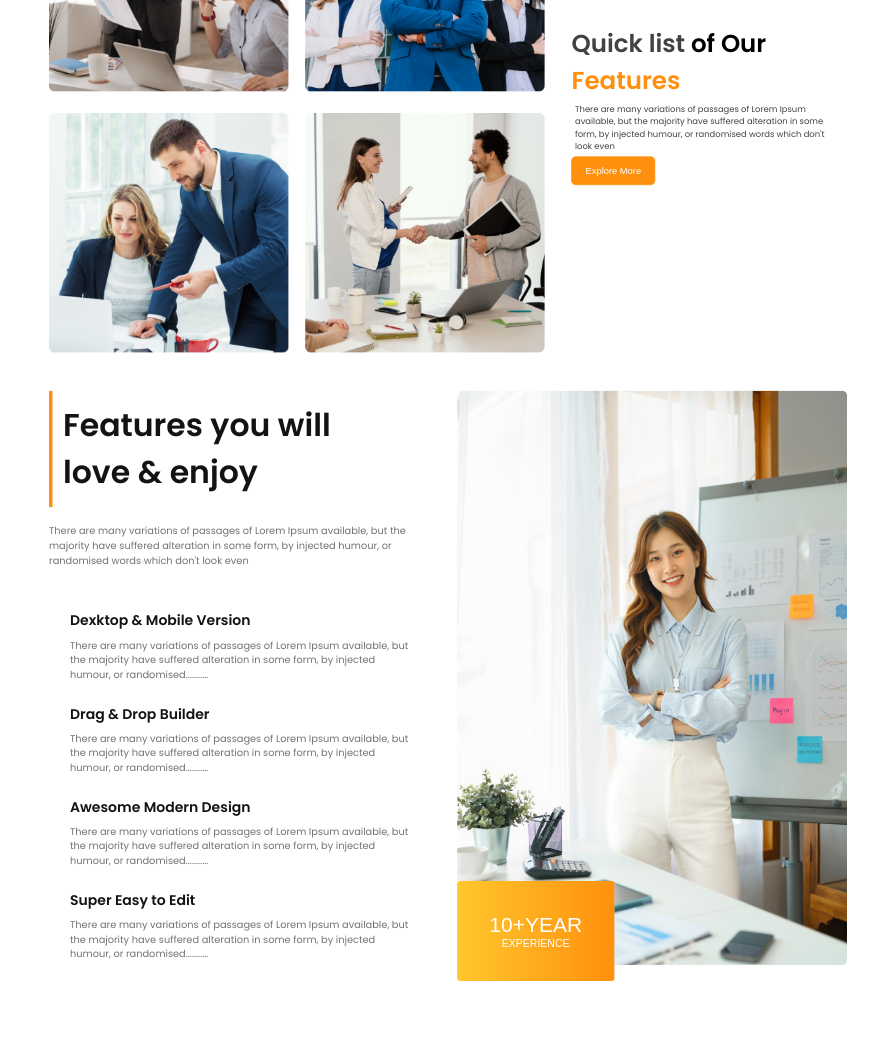
Repository: mdrubel02/G3_Architects
Page: index.html
An editor plug-in stored every save of this project. The page is shown before and after the next save, followed by the edit.
The browser window is 1280 px wide. The pictures show the part of the page from y = 1189 to 3109 px (the page is 2670 px tall before and 3109 px after), at 70% of full size.

Above is the page before, as saved 2023-01-15 10:22:27.

After the next save:
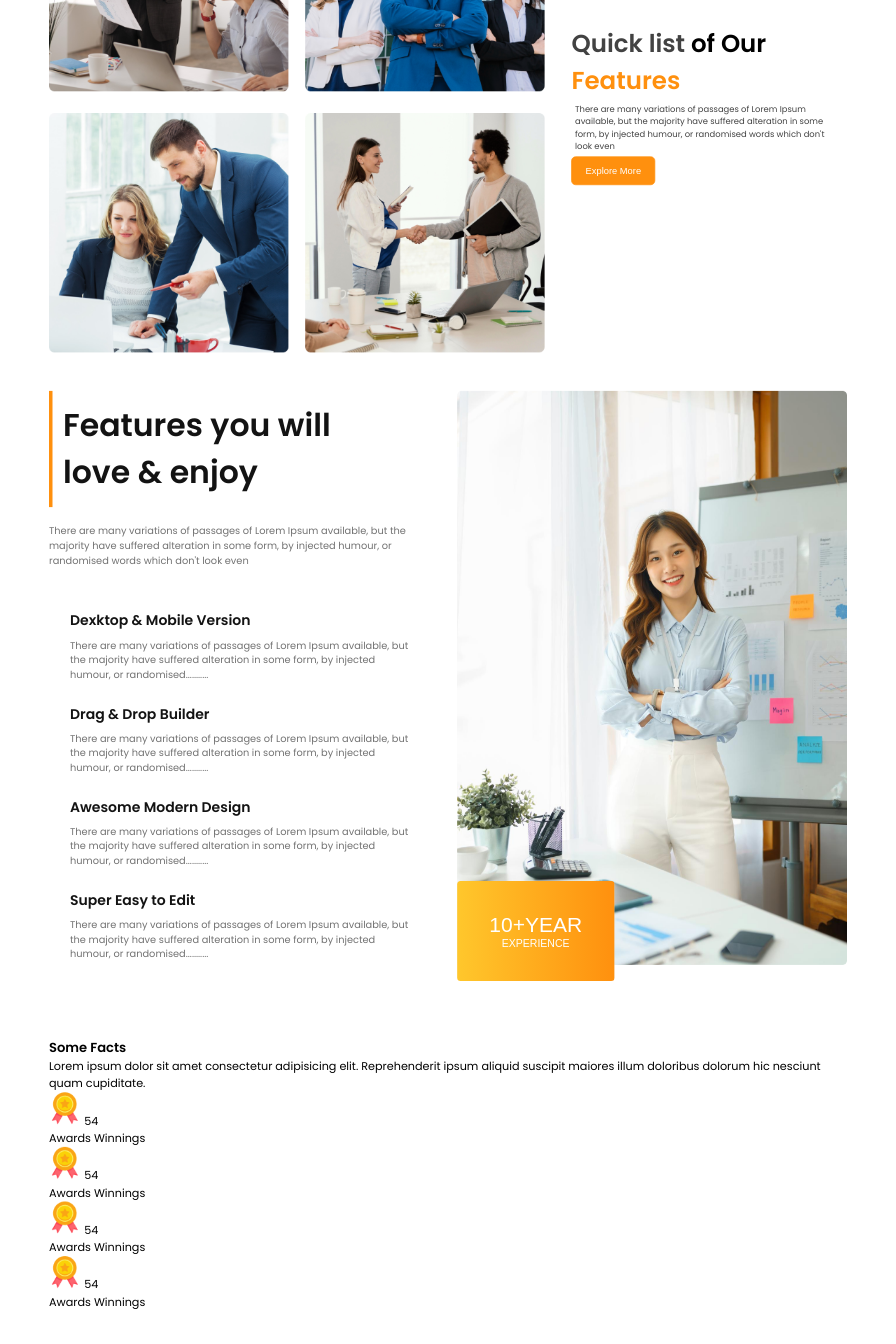
Saved 24 min 10 s later.
--- a/index.html
+++ b/index.html
@@ -90,6 +90,35 @@
             </div>
         </div>
     </section>
+    <!----------- activity section ----------->
+    <section class="container">
+        <div class="activity_section">
+            <h3>Some Facts</h3>
+            <p>Lorem ipsum dolor sit amet consectetur adipisicing elit. Reprehenderit ipsum aliquid suscipit maiores illum doloribus dolorum hic nesciunt quam cupiditate.</p>
+            <div class="award_section">
+                <div class="award_items">
+                    <img src="./images/icons/ribon.png" alt="">
+                    <span>54</span>
+                    <p>Awards Winnings</p>
+                </div>
+                <div class="award_items">
+                    <img src="./images/icons/ribon.png" alt="">
+                    <span>54</span>
+                    <p>Awards Winnings</p>
+                </div>
+                <div class="award_items">
+                    <img src="./images/icons/ribon.png" alt="">
+                    <span>54</span>
+                    <p>Awards Winnings</p>
+                </div>
+                <div class="award_items">
+                    <img src="./images/icons/ribon.png" alt="">
+                    <span>54</span>
+                    <p>Awards Winnings</p>
+                </div>
+            </div>
+        </div>
+    </section>
 </body>
 
 </html>
